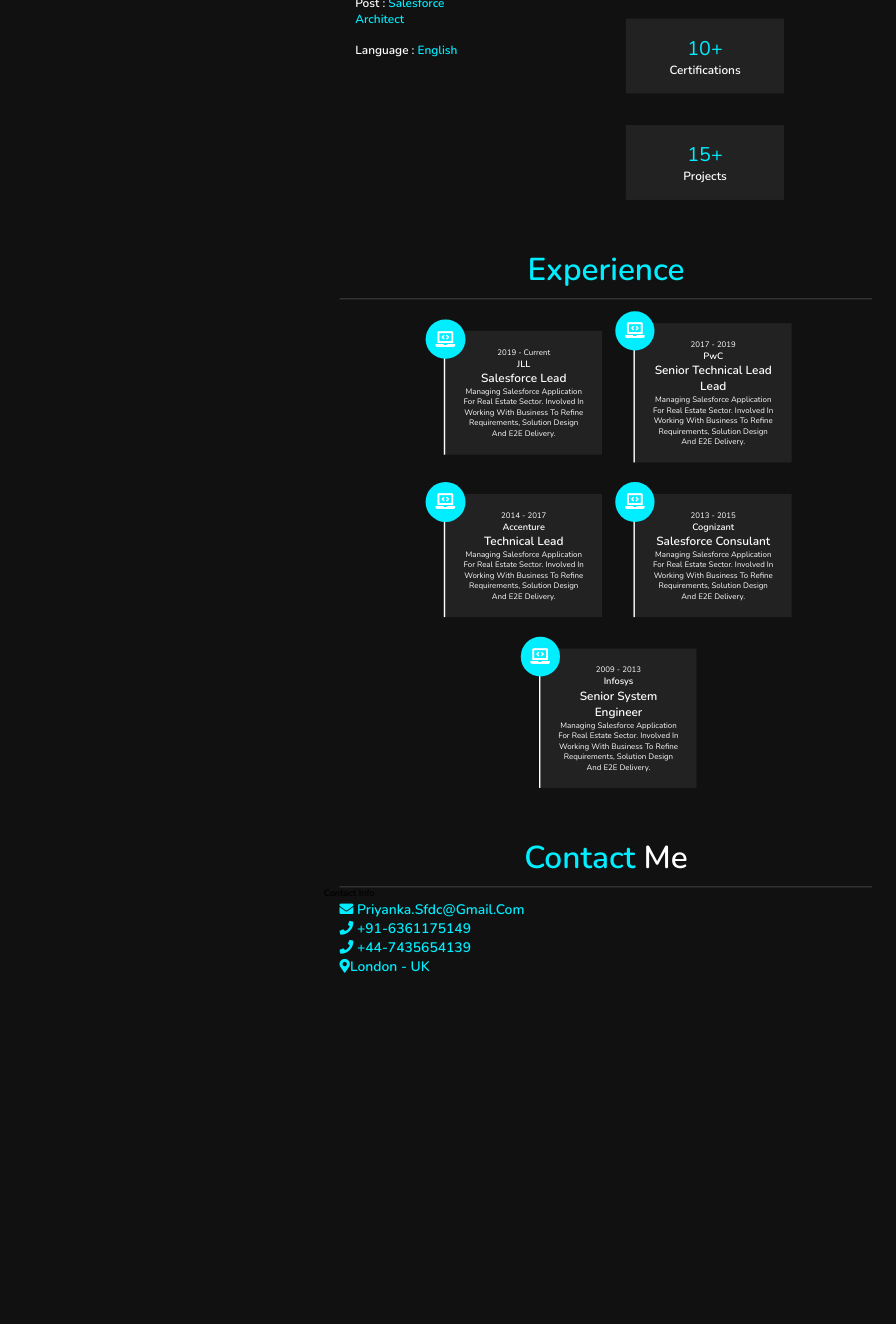
Repository: priyanka-bishnoi/PortfolioPage
Page: MyPage.html
The author's editor kept a copy of each file at every save. The page is drawn from the files as they stood at one save, then again after the next save.
The browser window is 1280 px wide. The pictures show the part of the page from y = 1152 to 3072 px (the page is 3043 px tall before and 3091 px after), at 70% of full size.

Above is the page before, as saved 2022-10-09 15:28:18.

### MyPage.html
<!DOCTYPE html>
<html>
<head>
     <!-- font awesome cdn link  -->
     <link rel="stylesheet" href="https://cdnjs.cloudflare.com/ajax/libs/font-awesome/5.15.2/css/all.min.css">
    <link rel="stylesheet" href="css/style.css">

</head>
<body>
<header>
    <div class= "user">
        <img src="Background1.jpg"/>
        <h1 class="name" >Priyanka Bishnoi</h1>
        <p class="post" >Salesforce Consultant</p>
    </div>

    <nav class="navBar">
        <ul>
            <li> <a href="#home">Home</a></li>
            <li> <a href="#about">About</a></li>
            <li> <a href="#experience">Experience</a></li>
            <li> <a href="#portfolio">Portfolio</a></li>
            <li> <a href="#contact">Contact</a></li>

        </ul>


    </nav>


</header>

<!-- Home-->

<section class="home" id="home">

    <h3>HI THERE !</h3>
    <h1>I'M <span>Priyanka Bishnoi</span></h1>
    <p>Lorem ipsum dolor sit amet consectetur adipisicing elit. Distinctio deserunt aspernatur fugiat minus enim ullam repudiandae sint sed magnam tenetur! Lorem ipsum dolor sit amet consectetur adipisicing elit. Necessitatibus, at.
    </p>
    <a href="#about"><button class="btn">about me </button></a>


</section>

<section class="about" id="about">
<h1 class="heading"> <span>About </span>Me</h1>

<div class="row">
    <div class="info">
        <h3>  name : <span> priyanka bishnoi </span></h3>
        <h3> qualification :  <span> BE (IT) </span> </h3>
        <h3>  post : <span>Salesforce Architect </span>  </h3>
        <h3> language :<span> English  </span>  </h3>
    </div>

    <div class="counter">
        <div class="box">
            <span>13+</span>
            <h3>years of IT experience</h3>
        </div>

        <div class="box">
            <span>10+</span>
            <h3>years of Salesforce Experience</h3>
        </div>

        <div class="box">
            <span>10+</span>
            <h3>Certifications</h3>
        </div>

        <div class="box">
            <span>15+</span>
            <h3>Projects</h3>
        </div>
    </div>
</div>
</section>

<section class="experience" id="experience">

        <h1 class="heading"> <span>Experience </span></h1>

        <div class="exp">
                <div class="box">
                    <i class="fas fa-laptop-code"></i>
                    <span>2019 - Current</span>
                    <h3>JLL</h3>
                    <h2>Salesforce Lead</h2>
                    <p>Managing Salesforce application for Real Estate Sector. Involved in working with business to refine requirements, solution design and E2E delivery.</p>
                </div>
                <div class="box">
                    <i class="fas fa-laptop-code"></i>
                    <span>2017 - 2019</span>
                    <h3>PwC</h3>
                    <h2>Senior Technical Lead Lead</h2>
                    <p>Managing Salesforce application for Real Estate Sector. Involved in working with business to refine requirements, solution design and E2E delivery.</p>
                </div>
                <div class="box">
                    <i class="fas fa-laptop-code"></i>
                    <span>2014 - 2017</span>
                    <h3>Accenture</h3>
                    <h2>Technical Lead</h2>
                    <p>Managing Salesforce application for Real Estate Sector. Involved in working with business to refine requirements, solution design and E2E delivery.</p>
                </div>
                <div class="box">
                    <i class="fas fa-laptop-code"></i>
                    <span>2013 - 2015</span>
                    <h3>Cognizant</h3>
                    <h2>Salesforce Consulant</h2>
                    <p>Managing Salesforce application for Real Estate Sector. Involved in working with business to refine requirements, solution design and E2E delivery.</p>
                </div>
                <div class="box">
                    <i class="fas fa-laptop-code"></i>
                    <span>2009 - 2013</span>
                    <h3>Infosys</h3>
                    <h2>Senior System Engineer</h2>
                    <p>Managing Salesforce application for Real Estate Sector. Involved in working with business to refine requirements, solution design and E2E delivery.</p>
                </div>


        </div>

</section>


<section class="contact" id="contact">
    <h1 class="heading"> <span>Contact </span>Me</h1>

    <div class="row">
        <div class="content">

            <h3 class="title">contact info</h3>

            <div class="info">
                <h3> <i class="fas fa-envelope"></i> priyanka.sfdc@gmail.com </h3>
                <h3> <i class="fas fa-phone"></i> +91-6361175149</h3>
                <h3> <i class="fas fa-phone"></i> +44-7435654139 </h3>
                <h3> <i class="fas fa-map-marker-alt"></i>London - UK </h3>
            </div>

        </div>
    </div>
</section>


</body>
</html>

### css/style.css
@import url('https://fonts.googleapis.com/css2?family=Nunito:wght@200;300;400;600&display=swap');
:root{
    --orange:rgb(0, 238, 255);
}
*{
    font-family: 'Nunito', sans-serif;
    margin:0;
    padding:0;
    box-sizing:border-box;
    text-decoration:none;
    text-transform:capitalize;
    transition:all .2s linear;
}
html {
    font-size:70.5%;
    overflow-x:hidden;
}
body{
    background:#111;
    overflow-x: hidden;
    padding-left: 40rem;
}

section{
    min-height: 100vh;
    padding:1rem;
}

.btn{
    padding:.7rem 3rem;
    background:#333;
    color:#fff;
    cursor: pointer;
    margin-top: 1rem;
    font-size: 1.5rem;
    border-radius: 5rem;
}

.btn:hover{
    background:var(--orange);
}

.heading{
    text-align: center;
    margin:0 2rem;
    font-size: 4rem;
    padding:1rem;
    border-bottom: .1rem solid #fff4;
    color:#fff;
}

.heading span{
    color:var(--orange);
}

header {
    position:fixed;
    top:0; left:0;
    z-index:1000;
    height:100%;
    width:35rem;
    background:black;
    display:flex;
    align-items: center;
    justify-content: center;
    flex-flow: column;
    text-align: center;
}

header .user img {
    height: 17rem;
    width: 17rem;
    border-radius: 50%;
    object-fit: cover;
    margin-bottom: 1rem;
    border: 0.7rem solid var(--orange);
}
header .user .name {
    font-size: 2.5rem;
    color: antiquewhite;
}
header .user .post{
    font-size: 2rem;
    color: antiquewhite;
}

header .navBar {
    font-size : 2rem;
}
header .navBar ul{
    list-style: none;
    padding:1rem 2rem;
}
header .navBar ul li a{
    display: block;
    padding:1rem;
    margin:1.5rem 0;
    background:#333;
    color:#fff;
    font-size: 1.5rem;
    border-radius: 5rem;
}

header .navBar ul li a:hover{
    background:rgb(0, 238, 255);
}


.home{
    display: flex;
    justify-content: center;
    flex-flow: column;
    padding:0 15rem;
}

.home h3{
    font-size: 2rem;
    color:#fff;
}

.home h1{
    font-size:2rem;
    color:#fff;
}

.home h1 span{
    color:var(--orange);
}

.home p{
    font-size:1.8rem;
    color:#eee;
    padding: 1rem 0;
}

.about {
 color:white;
}
.about .row {
    display: flex;
    justify-content: flex-start;
    flex-wrap: nowrap;
    padding: 1rem 0;
    flex-direction: row;
    align-content: space-around;
    align-items: center;
}
.about .row .info {

    display: block;
    justify-content: center;
    padding-left: 1rem;
    padding-top: 0rem;
    padding-right: 1rem;
    margin: 0 1rem;
    font-size: 1.5rem;

}
.about h3 span{
    color:var(--orange);
}
.about .row .info h3 {

    display: block;
    justify-content: center;
    padding: 1rem;
    margin: 0 1rem;
    font-size: 1.5rem;

}

.about .row .counter{
    flex:1 1 48rem;
    display: flex;
    justify-content: center;
    flex-wrap: wrap;
}

.about .row .counter .box{
    width:20rem;
    background:#222;
    text-align: center;
    padding: 2rem;
    margin:2rem;
}

.about .row .counter .box span{
    font-size: 2.5rem;
    color:var(--orange);
}

.about .row .counter .box h3{
    font-size: 1.5rem;
    color:#fff;
}

.experience {
    color:white;
   }
.experience .exp {
    display: flex;
    justify-content: center;
    flex-wrap: wrap;
    padding: 1rem 0;
    padding-left: 3rem;
    /* flex-direction: row; */
    /* align-content: space-around; */
    align-items: center;
}

.experience .exp .box {
    width: 20rem;
    background: #222;
    text-align: center;
    padding: 2rem;
    margin: 2rem;
    border-left: .2rem solid #fff;
    position: relative;
}

.experience .exp .box i{
    position: absolute;
    top:-1.5rem; left:-2.5rem;
    height:5rem;
    width: 5rem;
    border-radius: 50%;
    line-height: 5rem;
    text-align: center;
    font-size: 2rem;
    color:#fff;
    background:var(--orange);
}

.contact .row .content .info {

    display: block;
    justify-content: center;
    padding-left: 1rem;
    padding-top: 0rem;
    padding-right: 1rem;
    margin: 0 1rem;
    font-size: 1.5rem;
    color:var(--orange);

}
.contact h3 span{
    color:var(--orange);
}

After the next save:
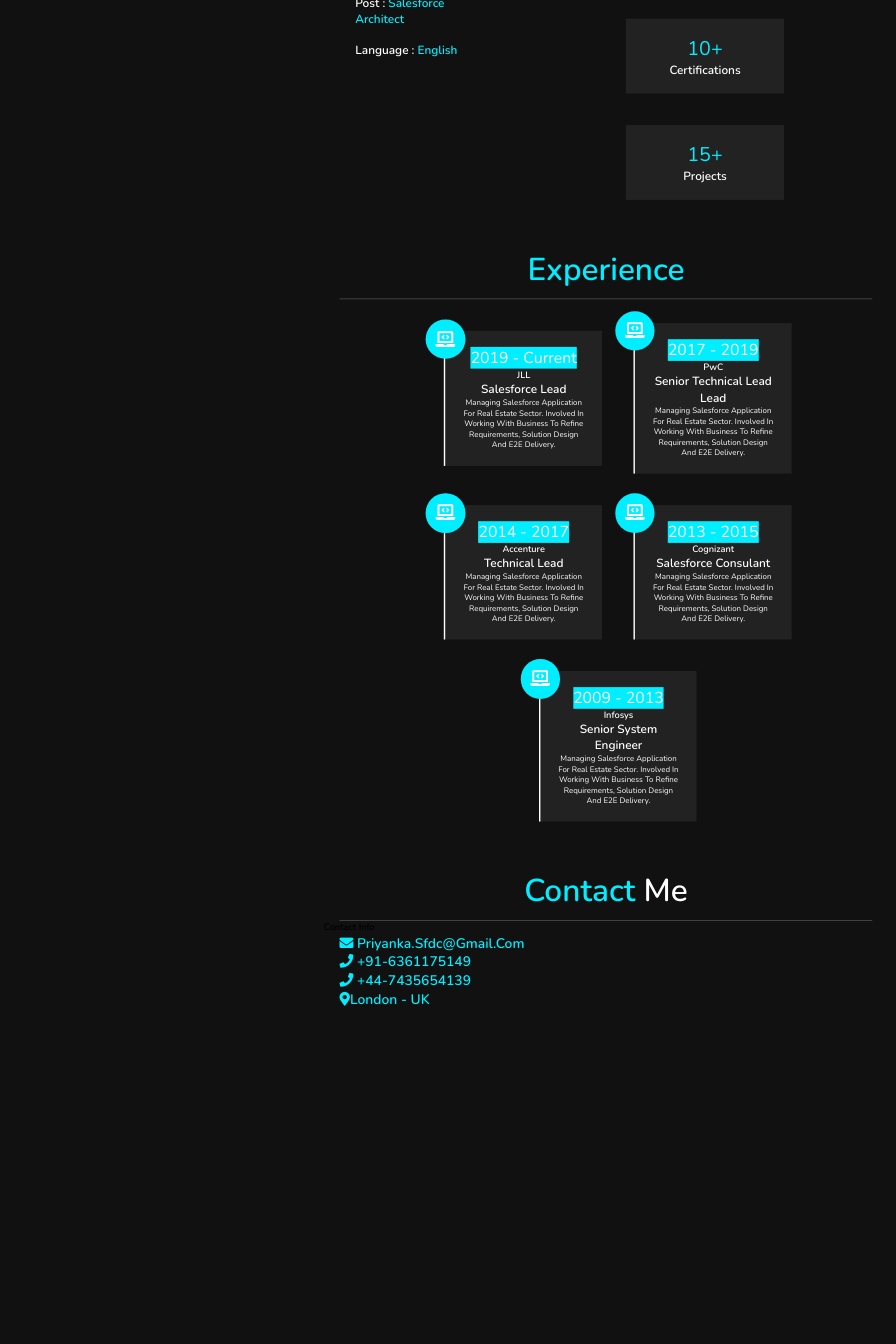
Saved 96 s later.
--- a/css/style.css
+++ b/css/style.css
@@ -231,6 +231,13 @@ header .navBar ul li a:hover{
     background:var(--orange);
 }
 
+.experience .exp .box span{
+
+    text-align: center;
+    font-size: 2rem;
+    background:var(--orange);
+}
+
 .contact .row .content .info {
 
     display: block;
